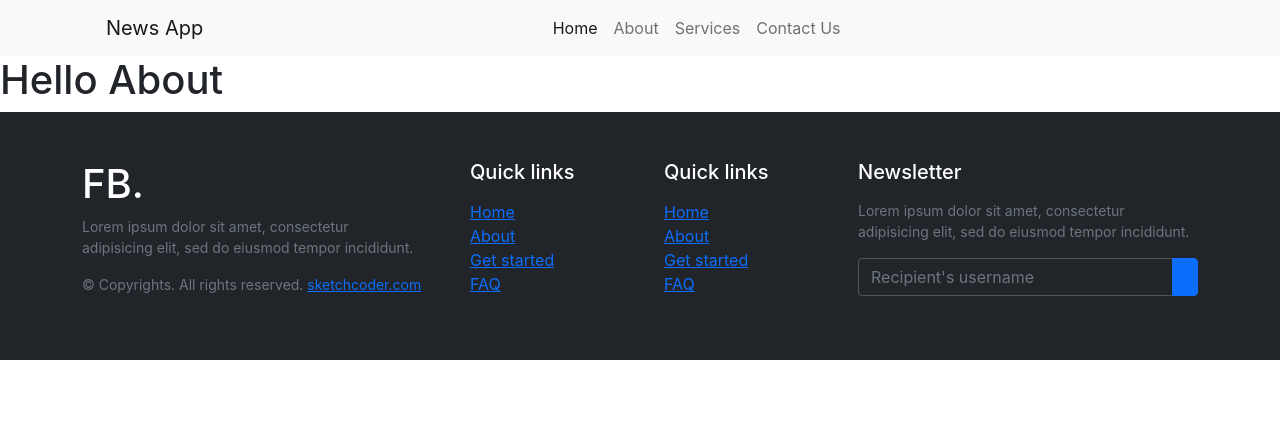
Repository: ZainAkbar51214/News-Site
Page: /about
These files come from the project's save history. The page is drawn as it stood at one moment and after the next save; the edit follows.
The browser window is 1280 px wide. The pictures show the whole page.
The page's requests for data from a server got no answer. The project was rebuilt for these pictures with package versions that can differ from the ones it lists, and the page was loaded fresh each time. A package was used in the major version that the imports need, not the one package.json lists. No one was signed in, and anything a server would have sent is missing. Also part of the build but not shown: src/Components/pages/Home.jsx, src/App.css, src/Components/Layouts/NewsItem.js.

Above is the page before, as saved 2023-12-17 02:11:59.

### public/index.html
<!DOCTYPE html>
<html lang="en">
  <head>
    <meta charset="utf-8" />
    <link rel="icon" href="%PUBLIC_URL%/favicon.ico" />
    <meta name="viewport" content="width=device-width, initial-scale=1" />
    <meta name="theme-color" content="#000000" />
    <meta
      name="description"
      content="Web site created using create-react-app"
    />
    <link rel="apple-touch-icon" href="%PUBLIC_URL%/logo192.png" />

    <link rel="manifest" href="%PUBLIC_URL%/manifest.json" />

    <title>News App</title>
    <!-- Bootstrap cdn -->
    <link href="https://cdn.jsdelivr.net/npm/bootstrap@5.0.2/dist/css/bootstrap.min.css" rel="stylesheet" integrity="sha384-EVSTQN3/azprG1Anm3QDgpJLIm9Nao0Yz1ztcQTwFspd3yD65VohhpuuCOmLASjC" crossorigin="anonymous">
  </head>
  <body>
    <noscript>You need to enable JavaScript to run this app.</noscript>
    <div id="root"></div>


    <!-- Bootstrap Script -->
    <script src="https://cdn.jsdelivr.net/npm/@popperjs/core@2.9.2/dist/umd/popper.min.js" integrity="sha384-IQsoLXl5PILFhosVNubq5LC7Qb9DXgDA9i+tQ8Zj3iwWAwPtgFTxbJ8NT4GN1R8p" crossorigin="anonymous"></script>
<script src="https://cdn.jsdelivr.net/npm/bootstrap@5.0.2/dist/js/bootstrap.min.js" integrity="sha384-cVKIPhGWiC2Al4u+LWgxfKTRIcfu0JTxR+EQDz/bgldoEyl4H0zUF0QKbrJ0EcQF" crossorigin="anonymous"></script>
  </body>
</html>

### src/App.js
import React from "react";
import {
  BrowserRouter,
  Routes,
  Route
} from "react-router-dom";
import Home from './Components/pages/Home';
import Navbar from './Components/Header/Navbar';
import Footer from './Components/Footer/Footer';
import About from "./Components/pages/About";
import News from "./Components/Layouts/News";

function App() {
  return (
    <BrowserRouter>
      <Navbar />
        <Routes>
          <Route path="/" element={<Home />}></Route>
          <Route path="/about" element={<About />}></Route>
        </Routes>
        <News />
      <Footer />
  </BrowserRouter>
  );
}

export default App;

### src/Components/Header/Navbar.jsx
import React, { Component } from 'react';
import { Link } from 'react-router-dom';

class Navbar extends Component {
    render() {
        return (
            <div>
                <div className="container-fluid bg-light">
                <div className="container">
                    <div className="row">
                        <div className="col-md-12">
                            <nav className="navbar navbar-expand-lg navbar-light">
                                <div className="container-fluid">
                                    <Link className="navbar-brand" to="/">News App</Link>
                                    <button className="navbar-toggler" type="button" data-bs-toggle="collapse" data-bs-target="#navbarSupportedContent" aria-controls="navbarSupportedContent" aria-expanded="false" aria-label="Toggle navigation">
                                        <span className="navbar-toggler-icon"></span>
                                    </button>
                                    <div className="collapse navbar-collapse" id="navbarSupportedContent">
                                        <ul className="navbar-nav mx-auto mb-2 mb-lg-0">
                                            <li className="nav-item">
                                                <Link className="nav-link active" aria-current="page" to="/">Home</Link>
                                            </li>
                                            <li className="nav-item">
                                                <Link className="nav-link" to="/about">About</Link>
                                            </li>
                                            <li className="nav-item">
                                                <Link className="nav-link" to="/services">Services</Link>
                                            </li>
                                            <li className="nav-item">
                                                <Link className="nav-link" to="/contact-us">Contact Us</Link>
                                            </li>
                                        </ul>
                                    </div>
                                </div>
                            </nav>
                        </div>
                    </div>
                </div>
            </div>
            </div>
        );
    }
}

export default Navbar;

### src/Components/Footer/Footer.jsx
import React from "react";
import { Link } from "react-router-dom";
import '../Footer/Footer.css';

const Navbar = () => {
    return (
        <>
            <div className="d-flex flex-column h-100">
                {/* <!-- FOOTER --> */}
                <footer className="w-100 py-4 flex-shrink-0">
                    <div className="container py-4">
                        <div className="row gy-4 gx-5">
                            <div className="col-lg-4 col-md-6">
                                <h5 className="h1 text-white">FB.</h5>
                                <p className="small text-muted">Lorem ipsum dolor sit amet, consectetur adipisicing elit, sed do eiusmod tempor incididunt.</p>
                                <p className="small text-muted mb-0">&copy; Copyrights. All rights reserved. <Link className="text-primary" to="https://sketchcoder.com" target="_blank">sketchcoder.com</Link></p>
                            </div>
                            <div className="col-lg-2 col-md-6">
                                <h5 className="text-white mb-3">Quick links</h5>
                                <ul className="list-unstyled text-muted">
                                    <li><Link to="#">Home</Link></li>
                                    <li><Link to="#">About</Link></li>
                                    <li><Link to="#">Get started</Link></li>
                                    <li><Link to="#">FAQ</Link></li>
                                </ul>
                            </div>
                            <div className="col-lg-2 col-md-6">
                                <h5 className="text-white mb-3">Quick links</h5>
                                <ul className="list-unstyled text-muted">
                                    <li><Link to="#">Home</Link></li>
                                    <li><Link to="#">About</Link></li>
                                    <li><Link to="#">Get started</Link></li>
                                    <li><Link to="#">FAQ</Link></li>
                                </ul>
                            </div>
                            <div className="col-lg-4 col-md-6">
                                <h5 className="text-white mb-3">Newsletter</h5>
                                <p className="small text-muted">Lorem ipsum dolor sit amet, consectetur adipisicing elit, sed do eiusmod tempor incididunt.</p>
                                <form action="#">
                                    <div className="input-group mb-3">
                                        <input className="form-control" type="text" placeholder="Recipient's username" aria-label="Recipient's username" aria-describedby="button-addon2" />
                                        <button className="btn btn-primary" id="button-addon2" type="button"><i className="fas fa-paper-plane"></i></button>
                                    </div>
                                </form>
                            </div>
                        </div>
                    </div>
                </footer>
            </div>
        </>
    )
}

export default Navbar;

### src/Components/pages/About.jsx
import React, { Component } from 'react';

class About extends Component {
    render() {
        return (
            <div>
                <h1>Hello About</h1>
            </div>
        );
    }
}

export default About;

### src/Components/Layouts/News.js
import React, { Component } from 'react';
import NewsItem from './NewsItem';

class News extends Component {

    constructor(){
        super();
        this.state = {
            articles: [],
            loading: false
        }
    }

    async componentDidMount(){
        let url = "https://newsapi.org/v2/top-headlines?apiKey=ad02bf3d34a0416cb244eb374fced0bb&q=news";
        let data = await fetch(url);
        let passData = await data.json();
        console.log(passData);
        this.setState({articles: passData.articles})

    }

    render() {
        return (
            <div className='container-fluid'>
                <div className='container'>
                    <div className='row'>
                        {this.state.articles.map((element) => {
                           return element.urlToImage?<div className='col-lg-4 col-md-6 mt-5' key={element.url}>
                           <NewsItem title={element.title?element.title.slice(0, 45): ""} description={element.description?element.description.slice(0, 86): ""} imageUrl={element.urlToImage} newsUrl={element.url} />
                       </div>
                       :""
                        })}

                    </div>
                </div>
            </div>
        );
    }
}

export default News;

### src/Components/Footer/Footer.css
/* ==========================================
    FOR DEMO PURPOSE
  ========================================== */

  .text-small {
    font-size: 0.9rem;
  }

  .form-control {
    background: #212529;
    border-color: #545454;
  }

  .form-control:focus {
    background: #212529;
  }

  footer {
    background: #212529;
  }

Loaded but not shown: src/index.js (common file); src/index.css (common file); src/reportWebVitals.js (common file)

After the next save:
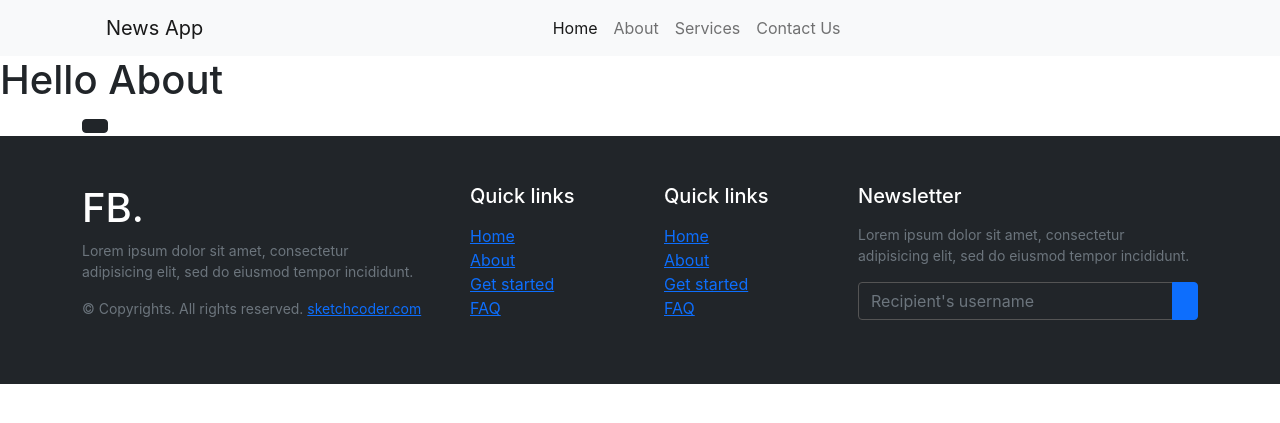
Saved 11 min 17 s later.
--- a/src/Components/Layouts/News.js
+++ b/src/Components/Layouts/News.js
@@ -33,6 +33,9 @@ class News extends Component {
                         })}
 
                     </div>
+                    <div className='col-lg-12'>
+                        <button className='btn btn-dark'></button>
+                    </div>
                 </div>
             </div>
         );
